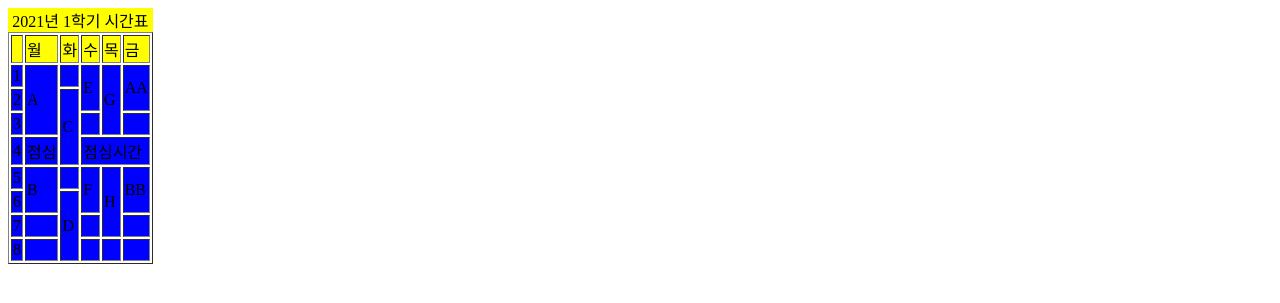
Repository: o-ddong/JSP
Page: ch1_html/WebContent/hello.html
An editor plug-in stored every save of this project. The page is shown before and after the next save, followed by the edit.
The browser window is 1280 px wide. The pictures show the whole page.

Above is the page before, as saved 2021-03-03 05:59:30.

### ch1_html/WebContent/hello.html
<!DOCTYPE html>
<html>
<head>
<meta charset="EUC-KR">
<title>Insert title here</title>
<style type = "text/css">
	.back_y{background-color:yellow}
	.back_b{background-color:blue}
</style>
</head>
<body>

<table border="1";>
	<caption class=back_y>2021년 1학기 시간표</caption>
	<tr class=back_y>
		<td></td>
		<td>월</td>
		<td>화</td>
		<td>수</td>
		<td>목</td>
		<td>금</td>
	</tr>
	<tr class=back_b>
		<td>1</td>
		<td rowspan=3>A</td>
		<td></td>
		<td rowspan=2>E</td>
		<td rowspan=3>G</td>
		<td rowspan=2>AA</td>
	</tr>
	<tr class=back_b>
		<td>2</td>
		<td rowspan=3>C</td>
	</tr>
	<tr class=back_b>
		<td>3</td>
		<td></td>
		<td></td>
	</tr>
	<tr class=back_b>
		<td>4</td>
		<td>점심</td>
		<td colspan=3>점심시간</td>
	</tr>
	<tr class=back_b>
		<td>5</td>
		<td rowspan=2>B</td>
		<td></td>
		<td rowspan=2>F</td>
		<td rowspan=3>H</td>
		<td rowspan=2>BB</td>
	</tr>
	<tr class=back_b>
		<td>6</td>
		<td rowspan=3>D</td>
	</tr>
	<tr class=back_b>
		<td>7</td>
		<td></td>
		<td></td>
		<td></td>
	</tr>
	<tr class=back_b>
		<td>8</td>
		<td></td>
		<td></td>
		<td></td>
		<td></td>
	</tr>
</table>

</body>
</html>

After the next save:
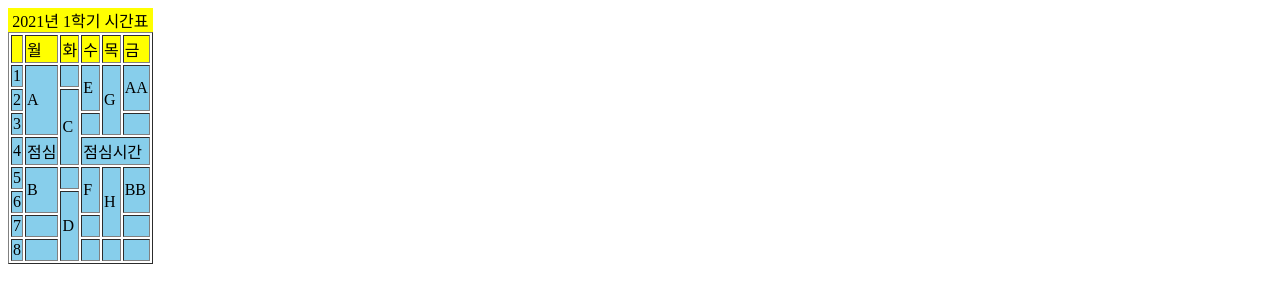
Saved 10 s later.
--- a/ch1_html/WebContent/hello.html
+++ b/ch1_html/WebContent/hello.html
@@ -5,7 +5,7 @@
 <title>Insert title here</title>
 <style type = "text/css">
 	.back_y{background-color:yellow}
-	.back_b{background-color:blue}
+	.back_b{background-color:skyblue}
 </style>
 </head>
 <body>
